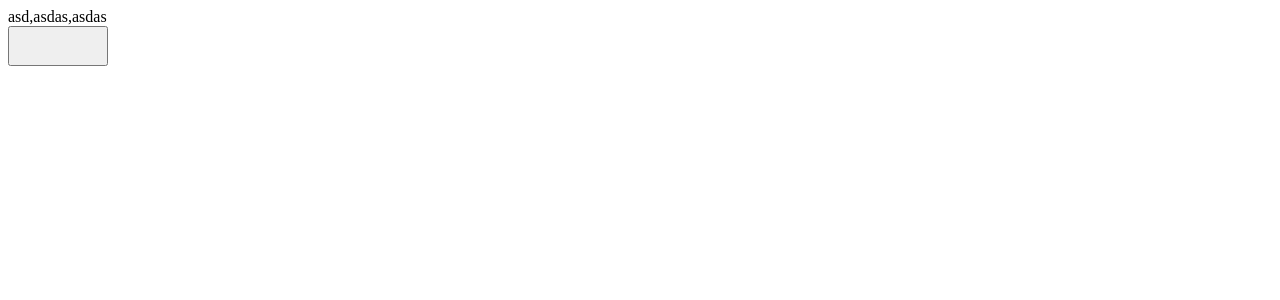
Repository: tung1233hhhhhhhhhhhhh/sadd
Page: index.html
The author's editor kept a copy of each file at every save. The page is drawn from the files as they stood at one save, then again after the next save.
The browser window is 1280 px wide. The pictures show the whole page.
After loading, the first visible `button` was clicked once.

Above is the page before, as saved 2023-03-06 20:15:02.

### index.html
<!DOCTYPE html>
<html lang="en">

<head>
    <meta charset="UTF-8">
    <meta http-equiv="X-UA-Compatible" content="IE=edge">
    <meta name="viewport" content="width=device-width, initial-scale=1.0">
    <title>Document</title>
</head>

<body>
    <div id="block"></div>

    <button style="width: 100px;
    height: 40px;" onclick="Mylist()"></button>

</body>
<link rel="stylesheet" href="./index.js">

<script type="text/javascript">

    const cars = new Array("asd", "asdas", "asdas");
    var x = 10;
    console.log(x);
    // alert("javascript");

    function Mylist() {
        document.getElementById('block').innerHTML = cars;
    }
</script>

</html>

### index.js
// const btn = document.getElementsByClassName(".block");
const btn = document.querySelector(".block");

// btn = 4 + 5;

After the next save:
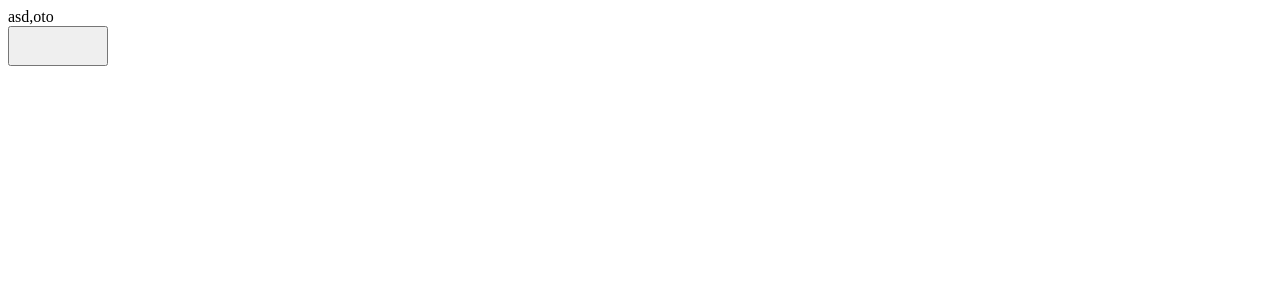
Saved 55 s later.
--- a/index.html
+++ b/index.html
@@ -20,12 +20,17 @@
 <script type="text/javascript">
 
     const cars = new Array("asd", "asdas", "asdas");
+    const car = [];
+    car[0] = 'asd';
+    car[1] = 'oto';
+
     var x = 10;
     console.log(x);
     // alert("javascript");
 
     function Mylist() {
         document.getElementById('block').innerHTML = cars;
+        document.getElementById('block').innerHTML = car;
     }
 </script>
 
